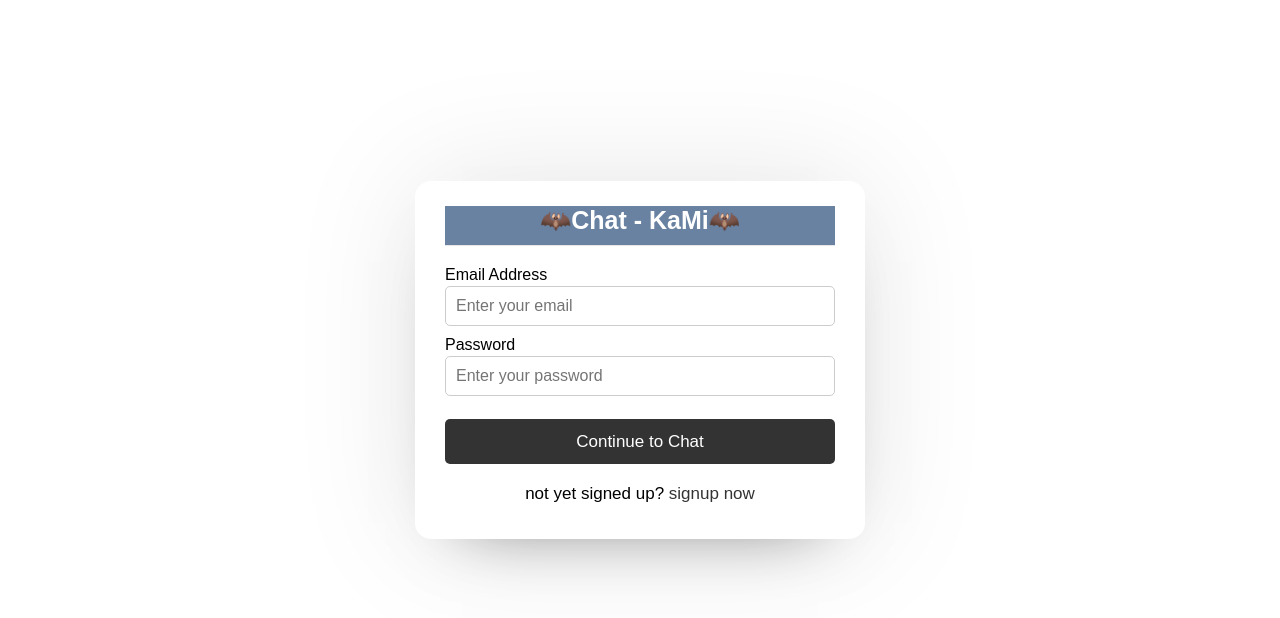
Repository: kananavy/CONQUER
Page: http://localhost/login.php
An editor plug-in stored every save of this project. The page is shown before and after the next save, followed by the edit.
The browser window is 1280 px wide. The pictures show the whole page.
The page is run by PHP 8.4 with error messages shown; the project is at /var/www/html/.

Above is the page before, as saved 2023-01-23 08:53:43.

After the next save:
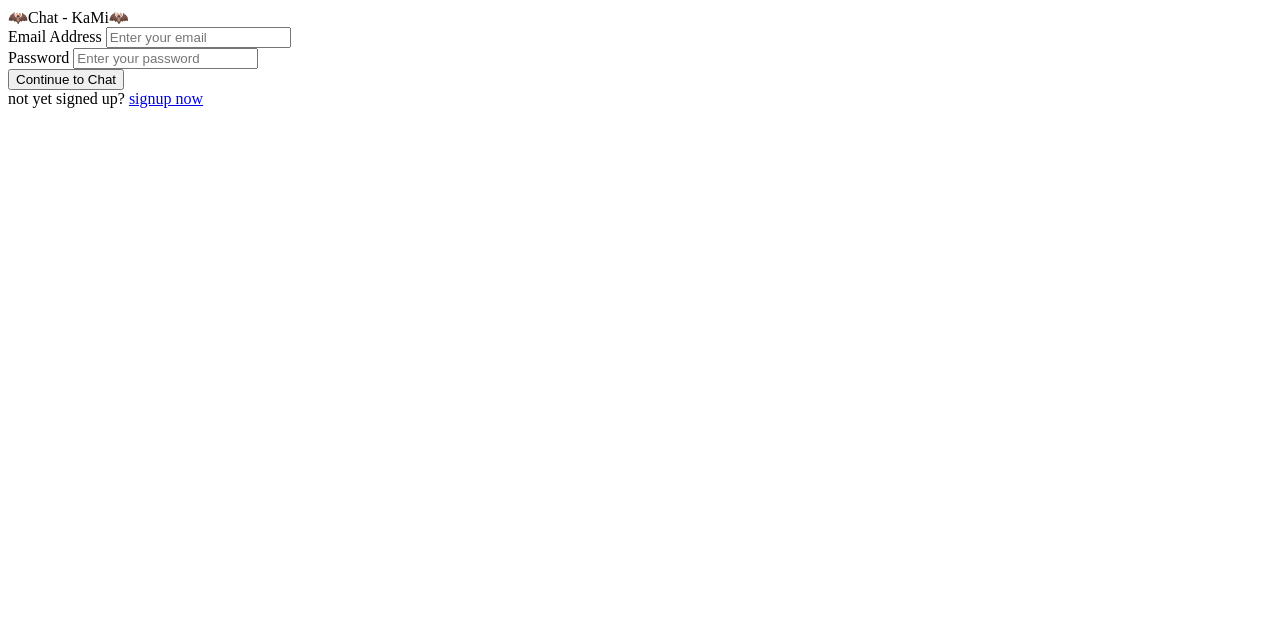
Saved 3 h 13 min later.
--- a/header.php
+++ b/header.php
@@ -5,5 +5,5 @@
     <meta http-equiv="X-UA-Compatible" content="IE=edge">
     <meta name="viewport" content="width=device-width, initial-scale=1.0">
     <title>Teste</title>
-    <link rel="stylesheet" href="chat.css">
+
 </head>

After the save that followed:
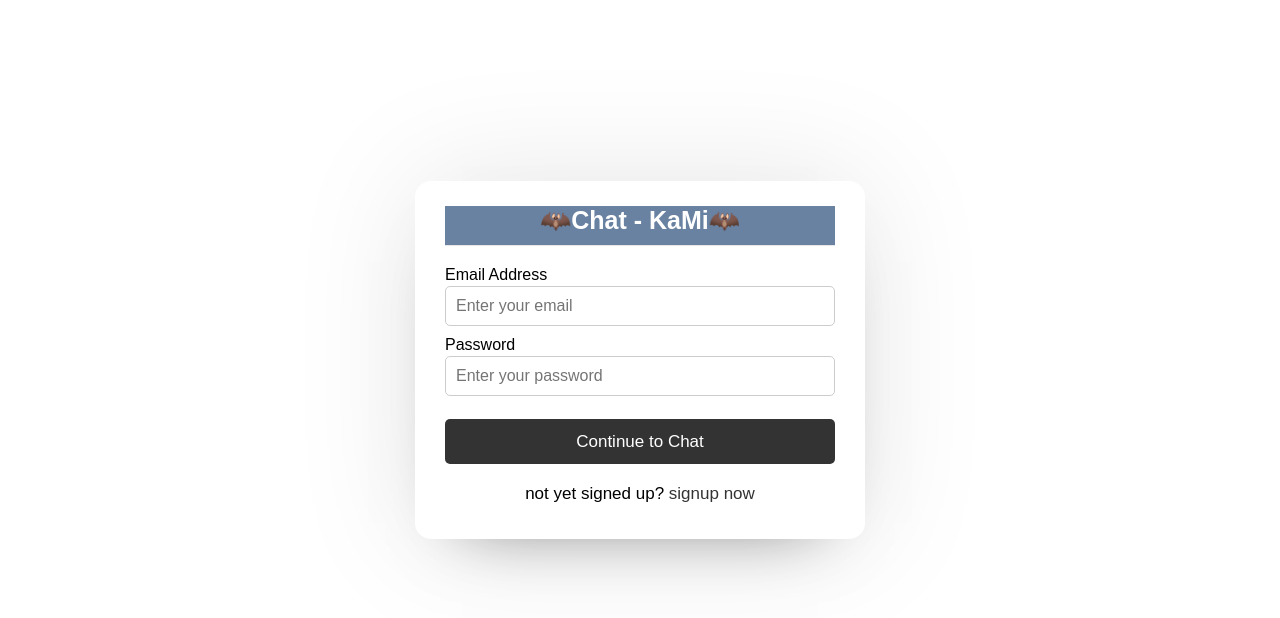
Saved 15 s later.
--- a/header.php
+++ b/header.php
@@ -5,5 +5,5 @@
     <meta http-equiv="X-UA-Compatible" content="IE=edge">
     <meta name="viewport" content="width=device-width, initial-scale=1.0">
     <title>Teste</title>
-
+    <link rel="stylesheet" href="chat.css">
 </head>
